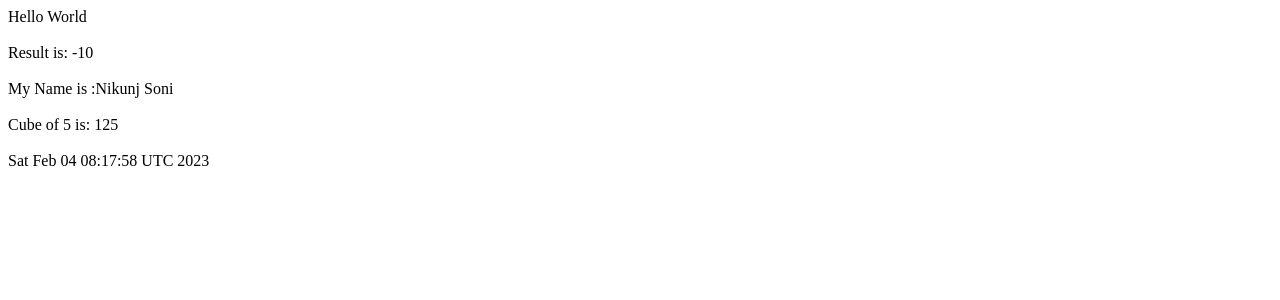
Repository: nspandey/Phase-2
Page: http://localhost/FirstJSPWebApp/
These files come from the project's save history. The page is drawn as it stood at one moment and after the next save; the edit follows.
The browser window is 1280 px wide. The pictures show the whole page.
The page is served by Tomcat 9.

Above is the page before, as saved 2023-02-10 15:51:16.

### FirstJSPWebApp/src/main/webapp/index.jsp
<%@page import="java.util.Date"%>
<%@ page language="java" contentType="text/html; charset=ISO-8859-1"
    pageEncoding="ISO-8859-1"%>
<!DOCTYPE html>
<html>
<head>
<meta charset="ISO-8859-1">
<title>Insert title here</title>
</head>
<body>

<!-- jsp code -->

<!-- Scriplet -->
<% out.print("Hello World"); %>

<br>
<br>

<% 		int a=10;
		int b =20;
		int c=a-b;
		out.print("Result is: "+c);
%>

<br>
<br>
<!-- Expression -->
<% String name="Nikunj Soni" ;%>
<%="My Name is :"+name %>
<br>


<!-- Declaration -->
<%! int cube(int n){

	return n*n*n;
}
%>

<br>
<%= "Cube of 5 is: "+cube(5) %>
<br>
<br>
 <%= new Date() %>




</body>
</html>

After the next save:
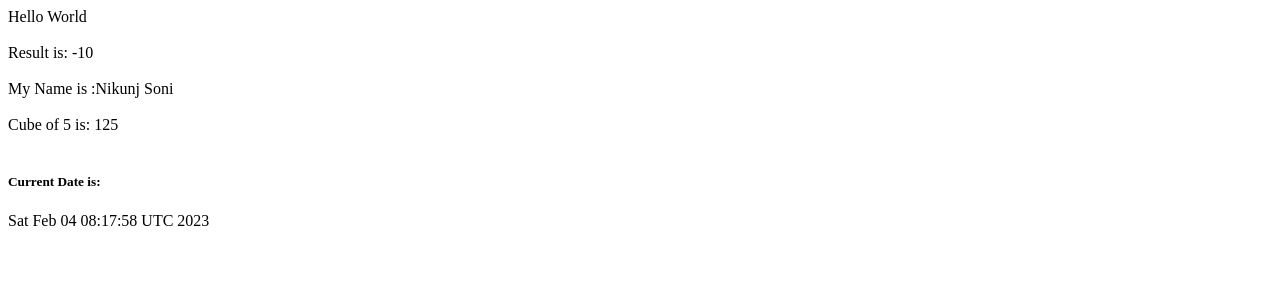
Saved 85 s later.
--- a/FirstJSPWebApp/src/main/webapp/index.jsp
+++ b/FirstJSPWebApp/src/main/webapp/index.jsp
@@ -42,6 +42,7 @@
 <%= "Cube of 5 is: "+cube(5) %>
 <br>
 <br>
+<h5>Current Date is:</h5>
  <%= new Date() %>
 
 
